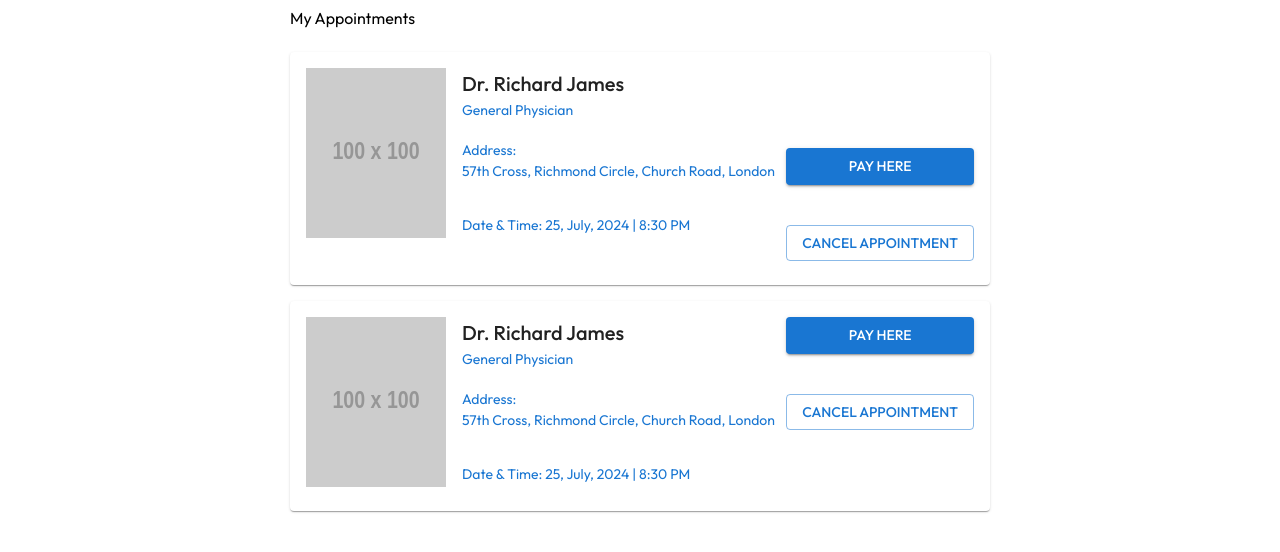
Repository: Ali-Dmerdash/DEPI_GRAD
Page: /
The author's editor kept a copy of each file at every save. The page is drawn from the files as they stood at one save, then again after the next save.
The browser window is 1280 px wide. The pictures show the whole page.
The project was rebuilt for these pictures with package versions that can differ from the ones it lists, and the page was loaded fresh each time. Also part of the build but not shown: vite.config.ts.

Above is the page before, as saved 2024-10-08 21:22:30.

### src/App.tsx
import "./App.css";
import "react-router-dom";
import { library } from "@fortawesome/fontawesome-svg-core";
import { fab } from "@fortawesome/free-brands-svg-icons";
import { fas } from "@fortawesome/free-solid-svg-icons";
import { far } from "@fortawesome/free-regular-svg-icons";
import Myappointment from "./pages/myappointment";

function App() {
  return (
    <>
      <Myappointment />
    </>
  );
}

export default App;
library.add(fab, fas, far);

### src/index.css
@import url("https://fonts.googleapis.com/css2?family=Outfit:wght@100..900&display=swap");

body {
  font-family: "Outfit", sans-serif;
  color: var(--text-color);
}

:root {
  --primary-color: #07456f;
  --secondary-color: #009f9d;
  --text-color: #0f0a3c;
  --card-button-color: #ace6f6;
  --border-color: #adadad;
}

### src/App.css
@import "./App.css";

body {
  color: var(--text-color);
}

### src/pages/myappointment/index.tsx
import React from "react";
import { Box, Card, CardContent, Typography, Button } from "@mui/material";

const MyAppointment: React.FC = () => {
  return (
    <>
      <Box sx={{ maxWidth: 700, margin: "0 auto" }}>
        <Typography variant="body" color="initial">
          My Appointments
        </Typography>
        <Card sx={{ marginBottom: 2, marginTop: 3 }}>
          <CardContent>
            <Box display="flex" alignItems="flex-start">
              <img
                src="https://via.placeholder.com/100"
                alt="Doctor"
                style={{ width: "140px", height: "170px", marginRight: "16px" }}
              />
              <Box flexGrow={1}>
                <Typography variant="h6" fontSize="20px">
                  Dr. Richard James
                </Typography>
                <Typography
                  color="primary"
                  fontSize="14px"
                  sx={{ marginBottom: "6%" }}
                >
                  General Physician
                </Typography>
                <Typography
                  color="primary"
                  fontSize="14px"
                  sx={{ marginBottom: "10%" }}
                >
                  Address: <br /> 57th Cross, Richmond Circle, Church Road,
                  London
                </Typography>
                <Typography color="primary" fontSize="14px">
                  Date & Time: 25, July, 2024 | 8:30 PM
                </Typography>
              </Box>
              <Box
                display="flex"
                flexDirection="column"
                justifyContent="flex-end"
              >
                <Button
                  variant="contained"
                  color="primary"
                  sx={{ marginTop: 10 }}
                >
                  Pay here
                </Button>
                <Button
                  variant="outlined"
                  color="primary"
                  sx={{ marginTop: 5 }}
                >
                  Cancel appointment
                </Button>
              </Box>
            </Box>
          </CardContent>
        </Card>

        <Card>
          <CardContent>
            <Box display="flex" alignItems="flex-start">
              <img
                src="https://via.placeholder.com/100"
                alt="Doctor"
                style={{ width: "140px", height: "170px", marginRight: "16px" }}
              />
              <Box flexGrow={1}>
                <Typography variant="h6" fontSize="20px">
                  Dr. Richard James
                </Typography>
                <Typography
                  color="primary"
                  fontSize="14px"
                  sx={{ marginBottom: "6%" }}
                >
                  General Physician
                </Typography>
                <Typography
                  color="primary"
                  fontSize="14px"
                  sx={{ marginBottom: "10%" }}
                >
                  Address: <br /> 57th Cross, Richmond Circle, Church Road,
                  London
                </Typography>
                <Typography color="primary" fontSize="14px">
                  Date & Time: 25, July, 2024 | 8:30 PM
                </Typography>
              </Box>
              <Box
                display="flex"
                flexDirection="column"
                justifyContent="flex-end"
              >
                <Button variant="contained" color="primary">
                  Pay here
                </Button>

                <Button
                  variant="outlined"
                  color="primary"
                  sx={{ marginTop: 5 }}
                >
                  Cancel appointment
                </Button>
              </Box>
            </Box>
          </CardContent>
        </Card>
      </Box>
    </>
  );
};

export default MyAppointment;

Loaded but not shown: index.html (common file); src/main.tsx (common file)

After the next save:
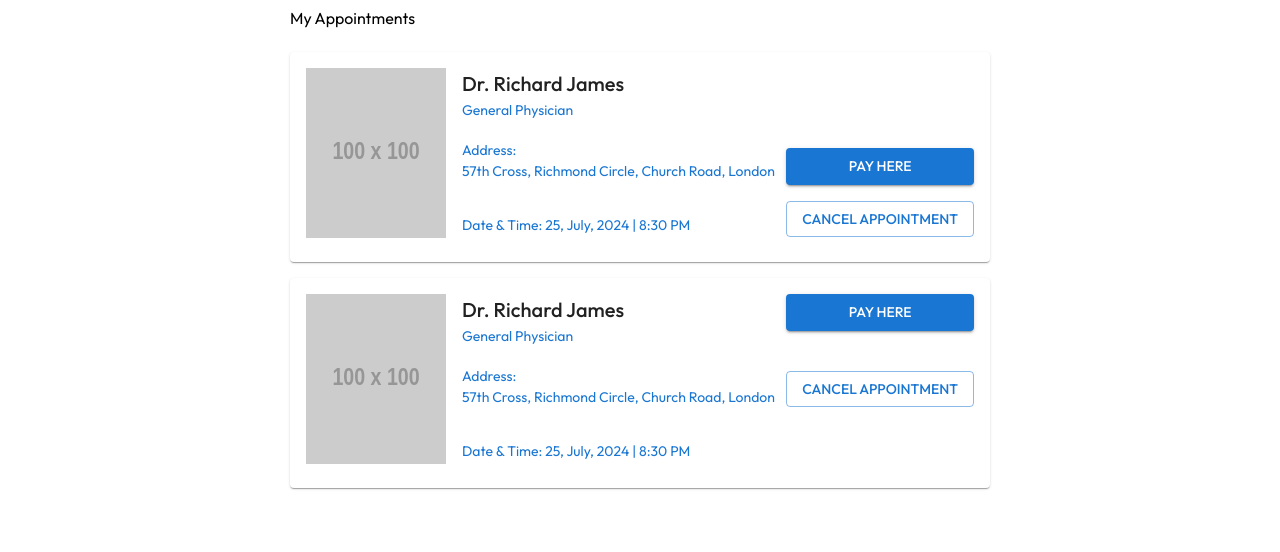
Saved 8 s later.
--- a/src/pages/myappointment/index.tsx
+++ b/src/pages/myappointment/index.tsx
@@ -54,7 +54,7 @@ const MyAppointment: React.FC = () => {
                 <Button
                   variant="outlined"
                   color="primary"
-                  sx={{ marginTop: 5 }}
+                  sx={{ marginTop: 2 }}
                 >
                   Cancel appointment
                 </Button>
